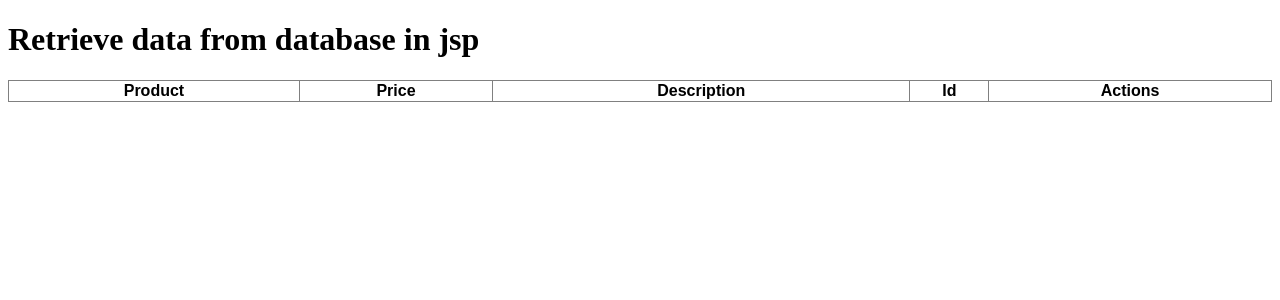
Repository: Shreya200012/FoodBox
Page: http://localhost/foodWeb/showData.jsp
These files come from the project's save history. The page is drawn as it stood at one moment and after the next save; the edit follows.
The browser window is 1280 px wide. The pictures show the whole page.
The page is served by Tomcat 9. Other server files are loaded and not shown. Queries for data that is not in the repository find no rows.

Above is the page before, as saved 2022-06-14 16:33:14.

### foodWeb/src/main/webapp/showData.jsp
<%@ page language="java" contentType="text/html; charset=ISO-8859-1"
    pageEncoding="ISO-8859-1"%>
<%@page import="java.sql.DriverManager"%>
<%@page import="java.sql.ResultSet"%>
<%@page import="java.sql.Statement"%>
<%@page import="java.sql.Connection"%>
<%
//String id = request.getParameter("userid");
String driver = "com.mysql.jdbc.Driver";
String connectionUrl = "jdbc:mysql://localhost:3306/";
String database = "foodweb";
String userid = "root";
String password = "root";
try {
Class.forName(driver);
} catch (ClassNotFoundException e) {
e.printStackTrace();
}
Connection connection = null;
Statement statement = null;
ResultSet resultSet = null;
%>
<!DOCTYPE html>
<html>
<head>
<style>
#customers {
  font-family: Arial, Helvetica, sans-serif;
  border-collapse: collapse;
  width: 100%;
}
</style>

</head>
<body>

<h1>Retrieve data from database in jsp</h1>
<table border="1" id="customers">
<tr>
<th>Product</th>
<th>Price</th>
<th>Description</th>
<th>Id</th>
<th>Actions</th>
<%
try{
connection = DriverManager.getConnection(connectionUrl+database, userid, password);
statement=connection.createStatement();
String sql ="select * from items";
resultSet = statement.executeQuery(sql);
while(resultSet.next()){
%>
<tr>
<td><%=resultSet.getString("product") %></td>
<td><%=resultSet.getString("price") %></td>
<td><%=resultSet.getString("description") %></td>
<td><%=resultSet.getString("id") %></td>
<td><button class="btn1">Active</button>   <button class="btn2">Delete</button></td>
</tr>
<%
}
connection.close();
} catch (Exception e) {
e.printStackTrace();
}
%>
</table>

</body>
</html>

After the next save:
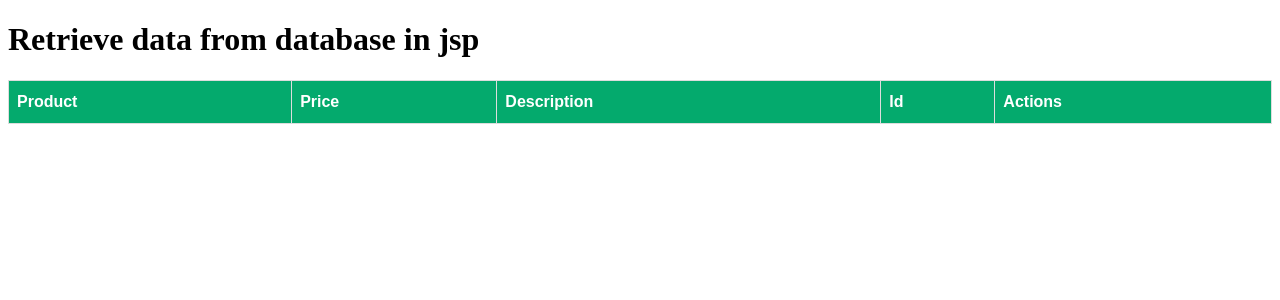
Saved 37 s later.
--- a/foodWeb/src/main/webapp/showData.jsp
+++ b/foodWeb/src/main/webapp/showData.jsp
@@ -28,6 +28,21 @@ ResultSet resultSet = null;
   font-family: Arial, Helvetica, sans-serif;
   border-collapse: collapse;
   width: 100%;
+}
+#customers td, #customers th {
+  border: 1px solid #ddd;
+  padding: 8px;
+}
+
+#customers tr:nth-child(even){background-color: #f2f2f2;}
+
+#customers tr:hover {background-color: #ddd;}
+#customers th {
+  padding-top: 12px;
+  padding-bottom: 12px;
+  text-align: left;
+  background-color: #04AA6D;
+  color: white;
 }
 </style>
 
